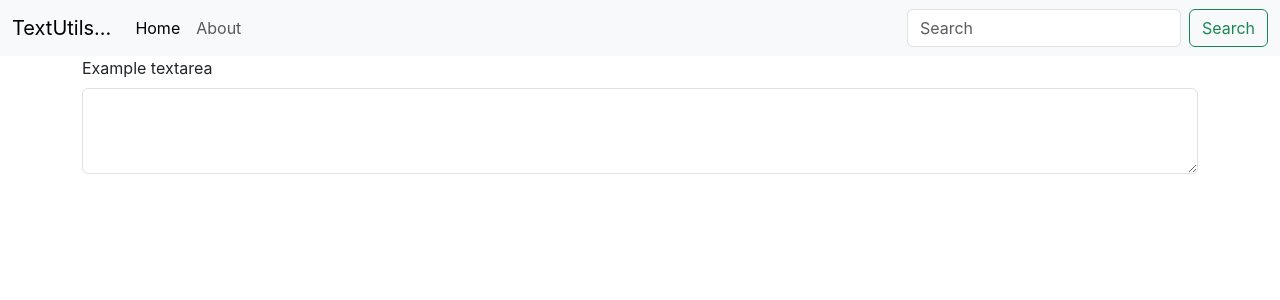
Repository: SujanNagaju/react-demo
Page: /
The author's editor kept a copy of each file at every save. The page is drawn from the files as they stood at one save, then again after the next save.
The browser window is 1280 px wide. The pictures show the whole page.
The project was rebuilt for these pictures with package versions that can differ from the ones it lists, and the page was loaded fresh each time. Also part of the build but not shown: src/App.css.

Above is the page before, as saved 2024-12-29 13:11:36.

After the next save:
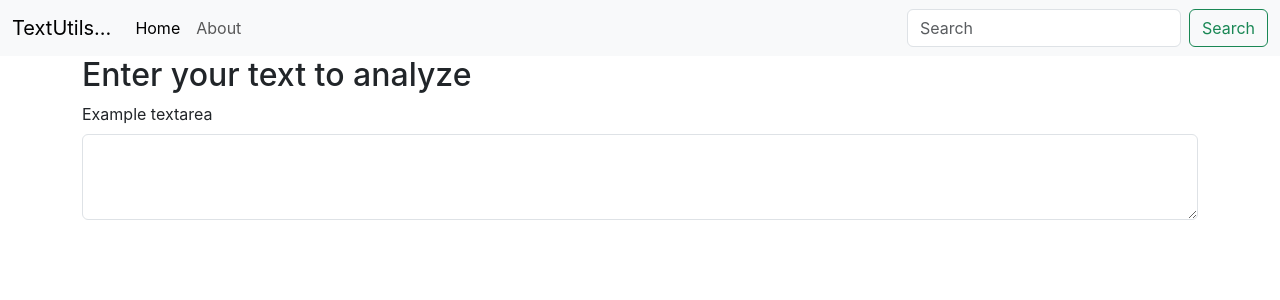
Saved 23 s later.
--- a/src/components/TextForm.js
+++ b/src/components/TextForm.js
@@ -3,6 +3,7 @@ import React from 'react'
 export default function TextForm(props) {
   return (
     <div>
+      <h2>{props.heading}</h2>
         <div className="mb-3">
             <label for="textBox" className="form-label">Example textarea</label>
             <textarea className="form-control" id="textBox" rows="3"></textarea>
